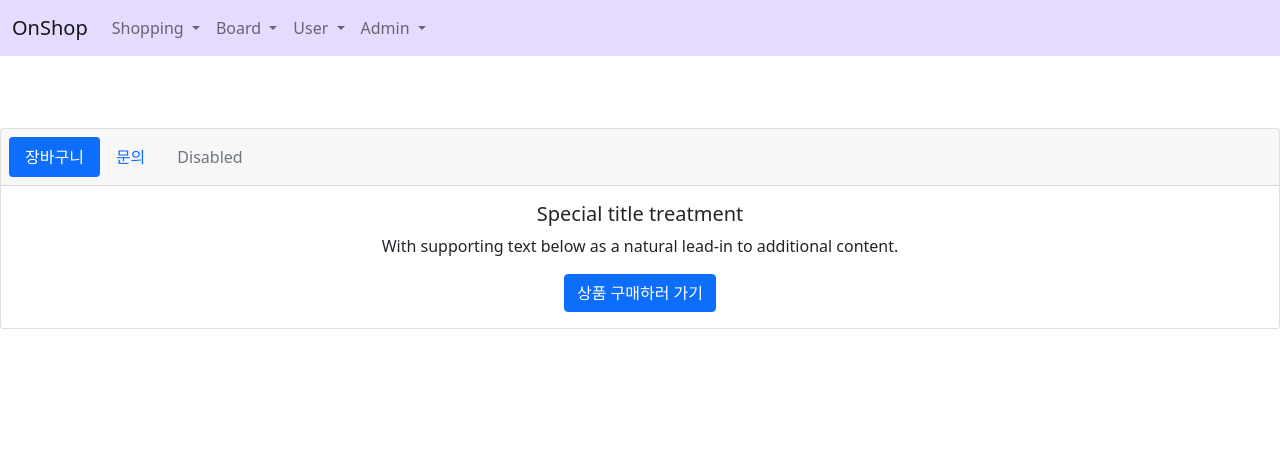
Repository: HimNahyeon/devClassBackup
Page: http://localhost/WebShop2/product/addProduct.jsp
The author's editor kept a copy of each file at every save. The page is drawn from the files as they stood at one save, then again after the next save.
The browser window is 1280 px wide. The pictures show the whole page.
The page is served by Tomcat 9. Other server files are loaded and not shown.

Above is the page before, as saved 2021-11-04 05:48:30.

### jsp/WebShop2/WebContent/product/addProduct.jsp
<%@ page language="java" contentType="text/html; charset=UTF-8"
    pageEncoding="UTF-8"%>
<!DOCTYPE html>
<html>
<head>
<meta charset="UTF-8">
<title>제품등록</title>
</head>
<body>
<%@ include file = "../header.jsp" %>

<%@ include file = "../footer.jsp" %>
</body>
</html>

### jsp/WebShop2/WebContent/header.jsp
<%@ page language="java" contentType="text/html; charset=UTF-8"
    pageEncoding="UTF-8"%>
<!DOCTYPE html>
<html>
<head>
<meta charset="UTF-8">
<link href="https://cdn.jsdelivr.net/npm/bootstrap@5.1.3/dist/css/bootstrap.min.css" rel="stylesheet" integrity="sha384-1BmE4kWBq78iYhFldvKuhfTAU6auU8tT94WrHftjDbrCEXSU1oBoqyl2QvZ6jIW3" crossorigin="anonymous">
<script src="https://cdn.jsdelivr.net/npm/bootstrap@5.1.3/dist/js/bootstrap.bundle.min.js" integrity="sha384-ka7Sk0Gln4gmtz2MlQnikT1wXgYsOg+OMhuP+IlRH9sENBO0LRn5q+8nbTov4+1p" crossorigin="anonymous"></script>
<title>Insert title here</title>
</head>
<body>
<nav class="navbar navbar-expand-lg navbar-light" style="background-color: #e4dbff;">
  <div class="container-fluid">
    <a class="navbar-brand" href="/">OnShop</a>
    <button class="navbar-toggler" type="button" data-bs-toggle="collapse" data-bs-target="#navbarNavDropdown" aria-controls="navbarNavDropdown" aria-expanded="false" aria-label="Toggle navigation">
      <span class="navbar-toggler-icon"></span>
    </button>
    <div class="collapse navbar-collapse" id="navbarNavDropdown">
      <ul class="navbar-nav">
		<li class="nav-item dropdown">
          <a class="nav-link dropdown-toggle" href="#" id="navbarDropdownMenuLink" role="button" data-bs-toggle="dropdown" aria-expanded="false">
            Shopping
          </a>
          <ul class="dropdown-menu" aria-labelledby="navbarDropdownMenuLink">
            <li><a class="dropdown-item" href="/product/products.jsp">상품목록</a></li>
            <li><a class="dropdown-item" href="#">장바구니</a></li>
          </ul>
        </li>
		<li class="nav-item dropdown">
          <a class="nav-link dropdown-toggle" href="#" id="navbarDropdownMenuLink" role="button" data-bs-toggle="dropdown" aria-expanded="false">
            Board
          </a>
          <ul class="dropdown-menu" aria-labelledby="navbarDropdownMenuLink">
            <li><a class="dropdown-item" href="#">글목록</a></li>
            <li><a class="dropdown-item" href="#">글쓰기</a></li>
          </ul>
        </li>
     	<li class="nav-item dropdown">
          <a class="nav-link dropdown-toggle" href="#" id="navbarDropdownMenuLink" role="button" data-bs-toggle="dropdown" aria-expanded="false">
            User
          </a>
          <ul class="dropdown-menu" aria-labelledby="navbarDropdownMenuLink">
            <li><a class="dropdown-item" href="/member/loginMember.jsp">로그인</a></li>
            <li><a class="dropdown-item" href="#">로그아웃</a></li>
            <li><a class="dropdown-item" href="#">회원가입</a></li>
            <li><a class="dropdown-item" href="#">회원탈퇴</a></li>
          </ul>
        </li>
       	<li class="nav-item dropdown">
          <a class="nav-link dropdown-toggle" href="#" id="navbarDropdownMenuLink" role="button" data-bs-toggle="dropdown" aria-expanded="false">
            Admin
          </a>
          <ul class="dropdown-menu" aria-labelledby="navbarDropdownMenuLink">
            <li><a class="dropdown-item" href="/product/addProduct.jsp">제품등록</a></li>
            <li><a class="dropdown-item" href="/member/listMember.jsp">회원관리</a></li>
          </ul>
        </li>
      </ul>
    </div>
  </div>
</nav>

</body>
</html>

### jsp/WebShop2/WebContent/footer.jsp
<%@ page language="java" contentType="text/html; charset=UTF-8"
    pageEncoding="UTF-8"%>


<script src="https://cdn.jsdelivr.net/npm/bootstrap@5.1.3/dist/js/bootstrap.bundle.min.js" integrity="sha384-ka7Sk0Gln4gmtz2MlQnikT1wXgYsOg+OMhuP+IlRH9sENBO0LRn5q+8nbTov4+1p" crossorigin="anonymous"></script>

    <br><br><br>

    <div class="card text-center">
  <div class="card-header">
    <ul class="nav nav-pills card-header-pills">
      <li class="nav-item">
        <a class="nav-link active" href="#">장바구니</a>
      </li>
      <li class="nav-item">
        <a class="nav-link" href="#">문의</a>
      </li>
      <li class="nav-item">
        <a class="nav-link disabled" href="#" tabindex="-1" aria-disabled="true">Disabled</a>
      </li>
    </ul>
  </div>
  <div class="card-body">
    <h5 class="card-title">Special title treatment</h5>
    <p class="card-text">With supporting text below as a natural lead-in to additional content.</p>
    <a href="/product/products.jsp" class="btn btn-primary">상품 구매하러 가기</a>
  </div>
</div>

After the next save:
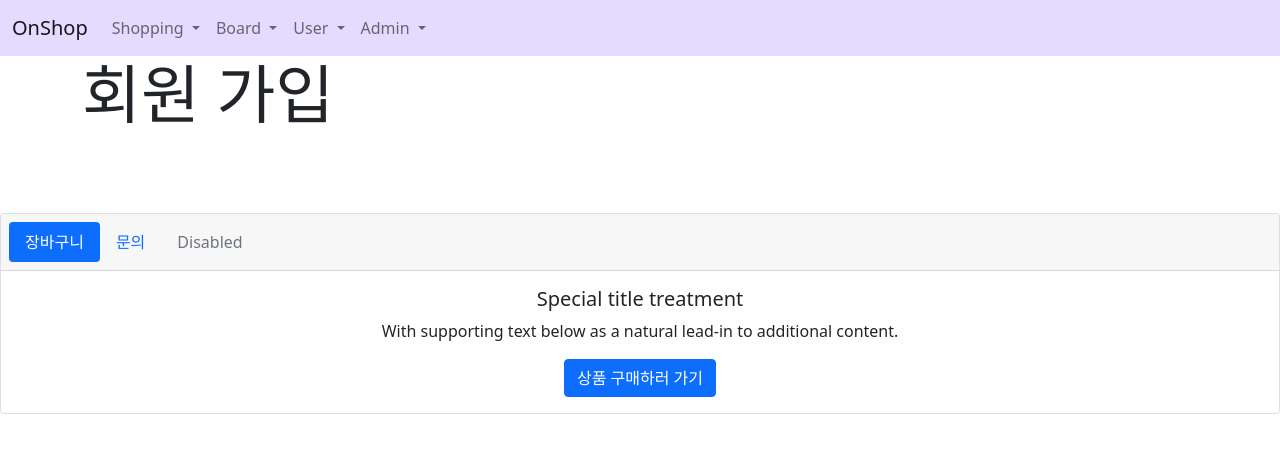
Saved 31 s later.
--- a/jsp/WebShop2/WebContent/product/addProduct.jsp
+++ b/jsp/WebShop2/WebContent/product/addProduct.jsp
@@ -8,7 +8,11 @@
 </head>
 <body>
 <%@ include file = "../header.jsp" %>
-
+	   <div class="jumbotron">
+      <div class="container">
+         <h1 class="display-3">회원 가입</h1>
+      </div>
+   </div>
 <%@ include file = "../footer.jsp" %>
 </body>
 </html>
